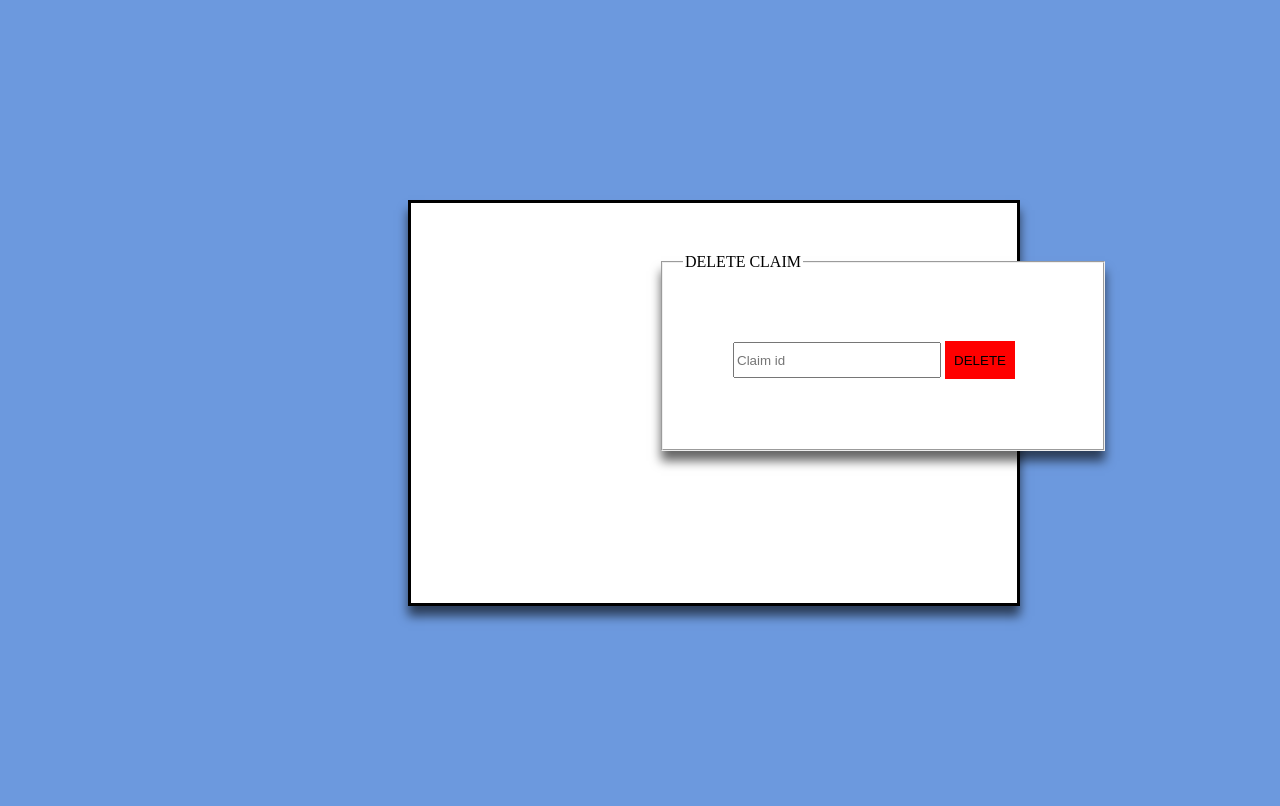
Repository: Nihara-R/Vehicle-Insurance-Portal
Page: http://localhost/delete_claim.php
These files come from the project's save history. The page is drawn as it stood at one moment and after the next save; the edit follows.
The browser window is 1280 px wide. The pictures show the whole page.
The page is run by PHP 8.4 with error messages shown; the project is at /var/www/html/.

Above is the page before, as saved 2023-06-29 09:04:29.

### delete_claim.php
<!DOCTYPE html>
<html lang="en" dir="ltr">
  <head>
    <meta charset="utf-8">
    <title></title>
    <link rel="stylesheet" href="css/deletuser.css">
  </head>
  <body>
    <div class="deletebox">
    <fieldset>
<legend>DELETE CLAIM</legend>

    <form class="" action="include/delet_claim.inc.php" method="post">

      <input type="text" name="id" value="" placeholder="Claim id" class="textbox">

      <input type="submit" name="submit" value="DELETE" class="button">

</fieldset>
</div>
    </form>

  </body>
</html>

### css/deletuser.css
body{
  background: #6C99DE;
}
form{
margin: 50px;
}
.deletebox{
  margin: 200px;
  margin-left: 400px;
  padding: 50px;
  height: 300px;
  border: 3px solid black;
  background-color: white;
  box-shadow: 0 10px 10px rgba(0,0, 0, 0.60);
  width: 40%;
}
fieldset{
  width: 400px;
  padding: 20px;
  align-items: center;
  justify-content: center;
  margin-left: 200px;

  box-shadow: 0 10px 10px rgba(0,0, 0, 0.60);
  background: white;
}
.button{
  background: red;
  height: 38px;
  width: 70px;
  border: none;
}
.textbox{
  height: 30px;
  width: 200px;

}

After the next save:
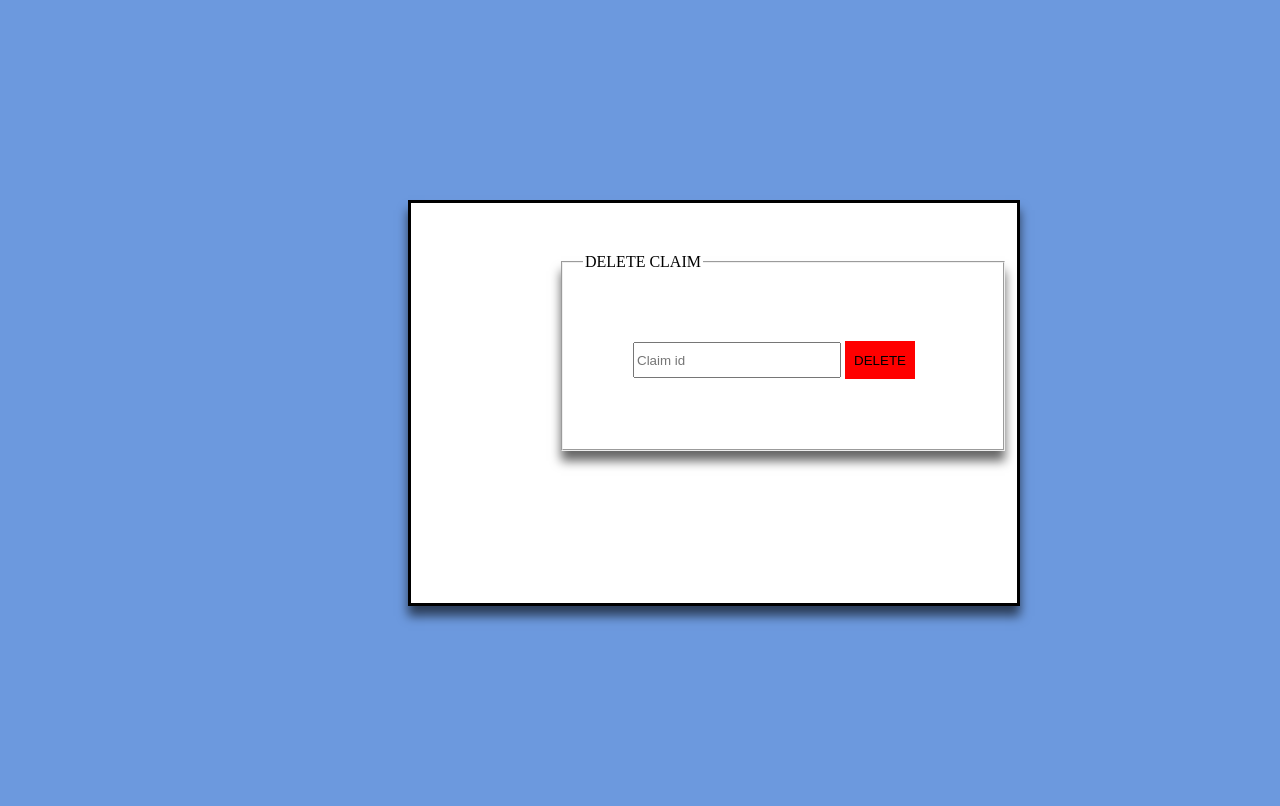
Saved 15 s later.
--- a/css/deletuser.css
+++ b/css/deletuser.css
@@ -19,7 +19,7 @@ fieldset{
   padding: 20px;
   align-items: center;
   justify-content: center;
-  margin-left: 200px;
+  margin-left: 100px;
 
   box-shadow: 0 10px 10px rgba(0,0, 0, 0.60);
   background: white;
